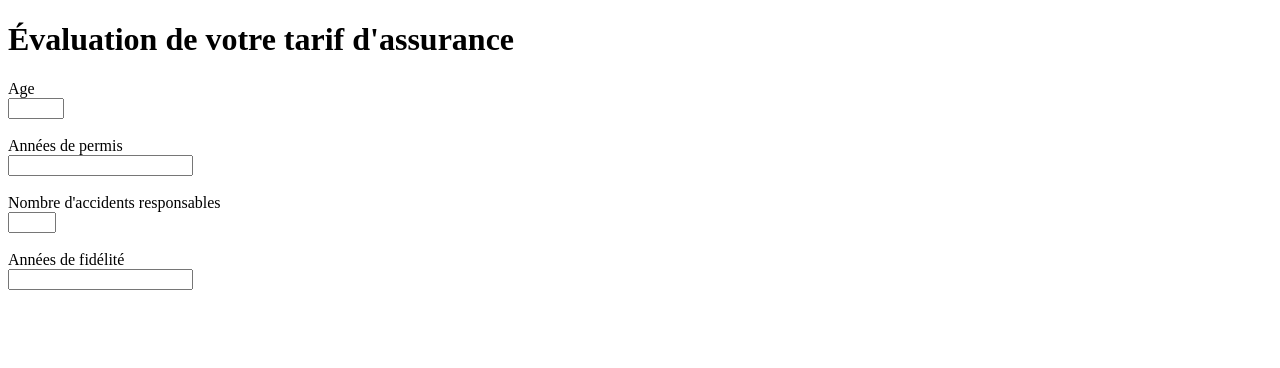
Repository: Coumba25040/coumbaProjet
Page: Site assurance/formulaire.html
The author's editor kept a copy of each file at every save. The page is drawn from the files as they stood at one save, then again after the next save.
The browser window is 1280 px wide. The pictures show the whole page.

Above is the page before, as saved 2024-10-15 12:17:27.

After the next save:
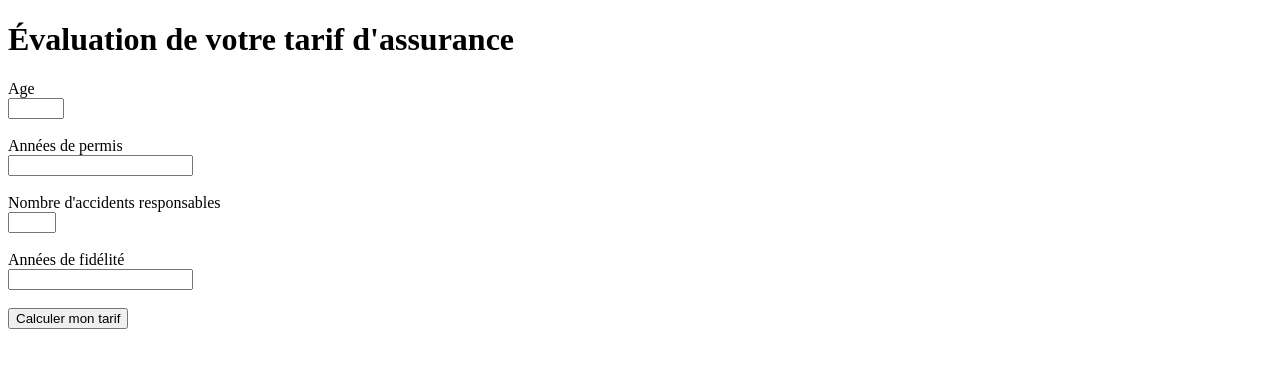
Saved 2 min 34 s later.
--- a/Site assurance/formulaire.html
+++ b/Site assurance/formulaire.html
@@ -28,5 +28,7 @@
 
 <br>
 
+<input type="submit" value="Calculer mon tarif">
+
 </body>
 </html>
